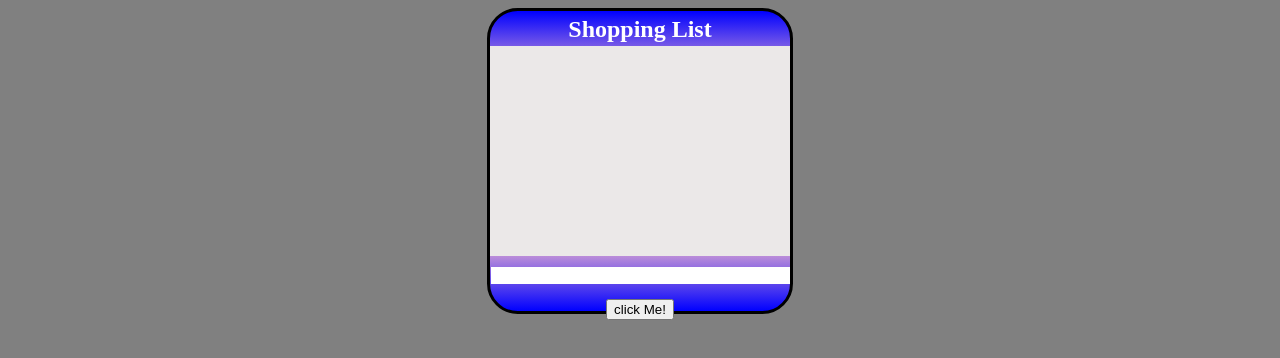
Repository: DevMinwoo-Jung/JavaScript101
Page: WebApIs/shoppingApp/index.html
These files come from the project's save history. The page is drawn as it stood at one moment and after the next save; the edit follows.
The browser window is 1280 px wide. The pictures show the whole page.

Above is the page before, as saved 2021-06-14 13:11:09.

After the next save:
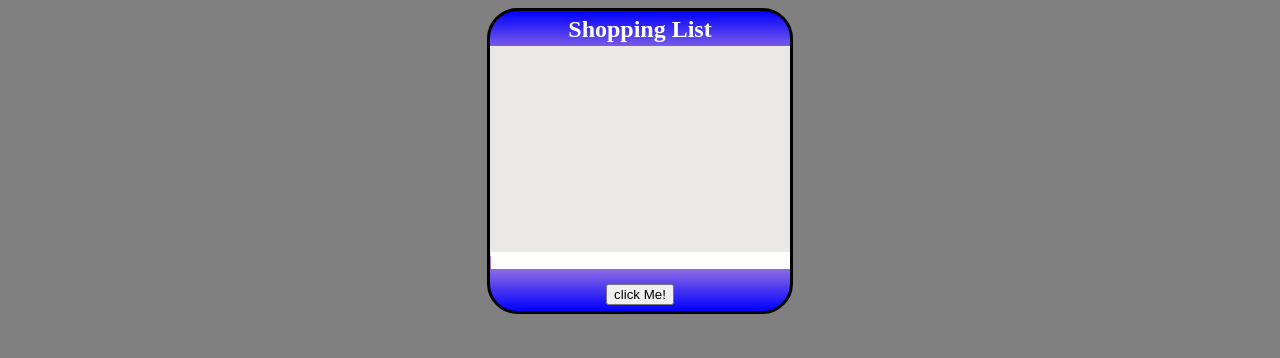
Saved 5 s later.
--- a/WebApIs/shoppingApp/style.css
+++ b/WebApIs/shoppingApp/style.css
@@ -33,7 +33,7 @@ body {
   background-color: var(--background-color);
   overflow: scroll;
   margin-top: 10px;
-  margin-bottom: 10px;
+  margin-bottom: -5px;
 }
 
 .item__list p {
